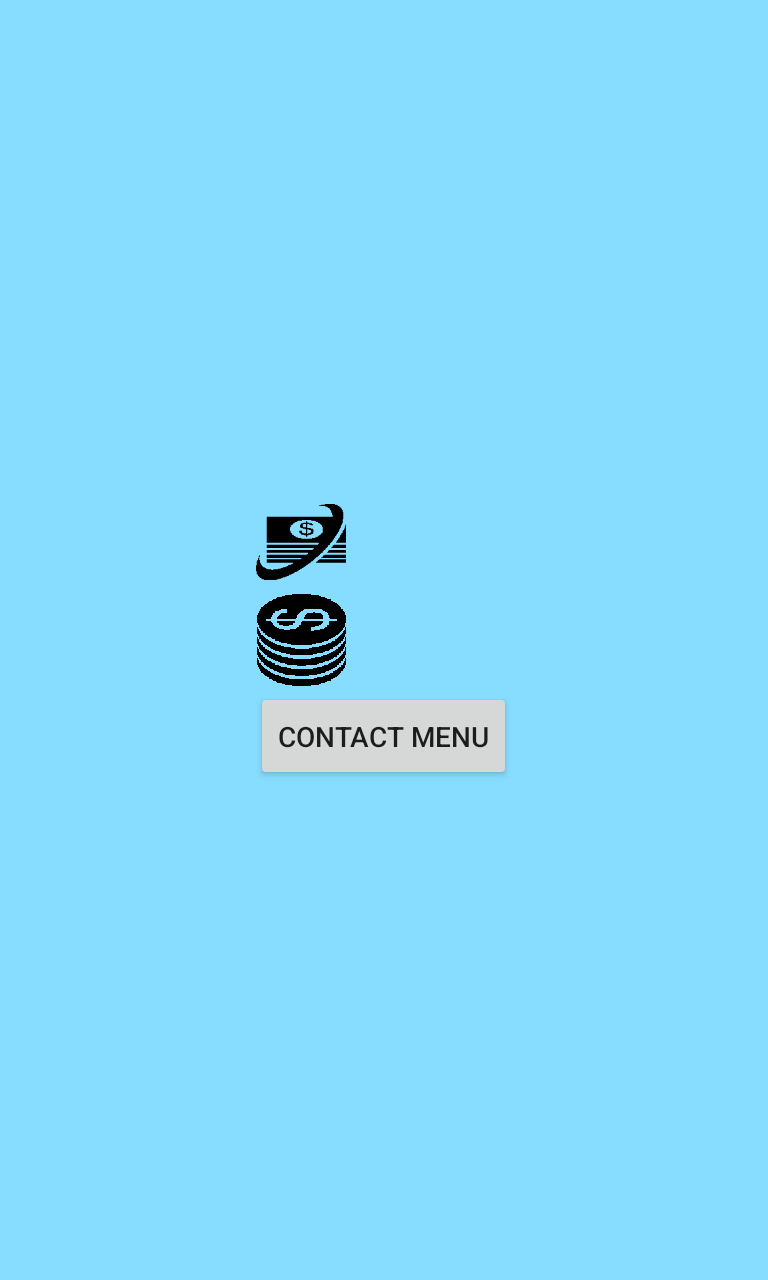
Repository: wisingd/Dajoroli
Layout: Workspace/SplitIt/res/layout/fragment_main.xml
These files come from the project's save history. The layout is drawn as it stood at one moment and after the next save; the edit follows.
It is drawn on a 768 x 1280 px phone screen (xhdpi) without system bars, with theme AppTheme; the app's code is not run.

Above is the layout before, as saved 2014-05-17 12:47:00.

After the next save:
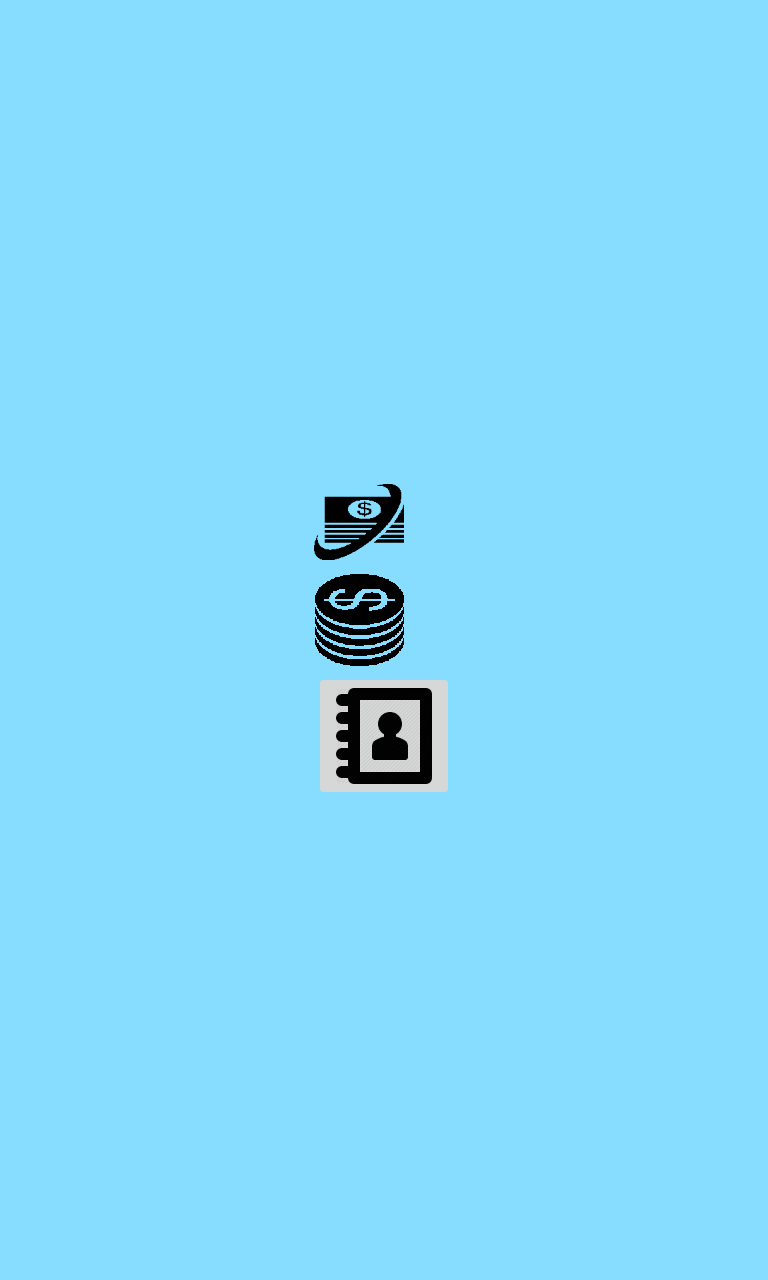
Saved 56 s later.
--- a/Workspace/SplitIt/res/layout/fragment_main.xml
+++ b/Workspace/SplitIt/res/layout/fragment_main.xml
@@ -28,11 +28,11 @@
             android:onClick="startDebtMenu"
             android:src="@drawable/coins8" />
 
-        <Button
+        <ImageButton
             android:layout_width="wrap_content"
             android:layout_height="wrap_content"
             android:onClick="startContactMenu"
-            android:text="@string/startContactMenu" />
+            android:src="@drawable/wygj" />
     </LinearLayout>
 
 </RelativeLayout>
